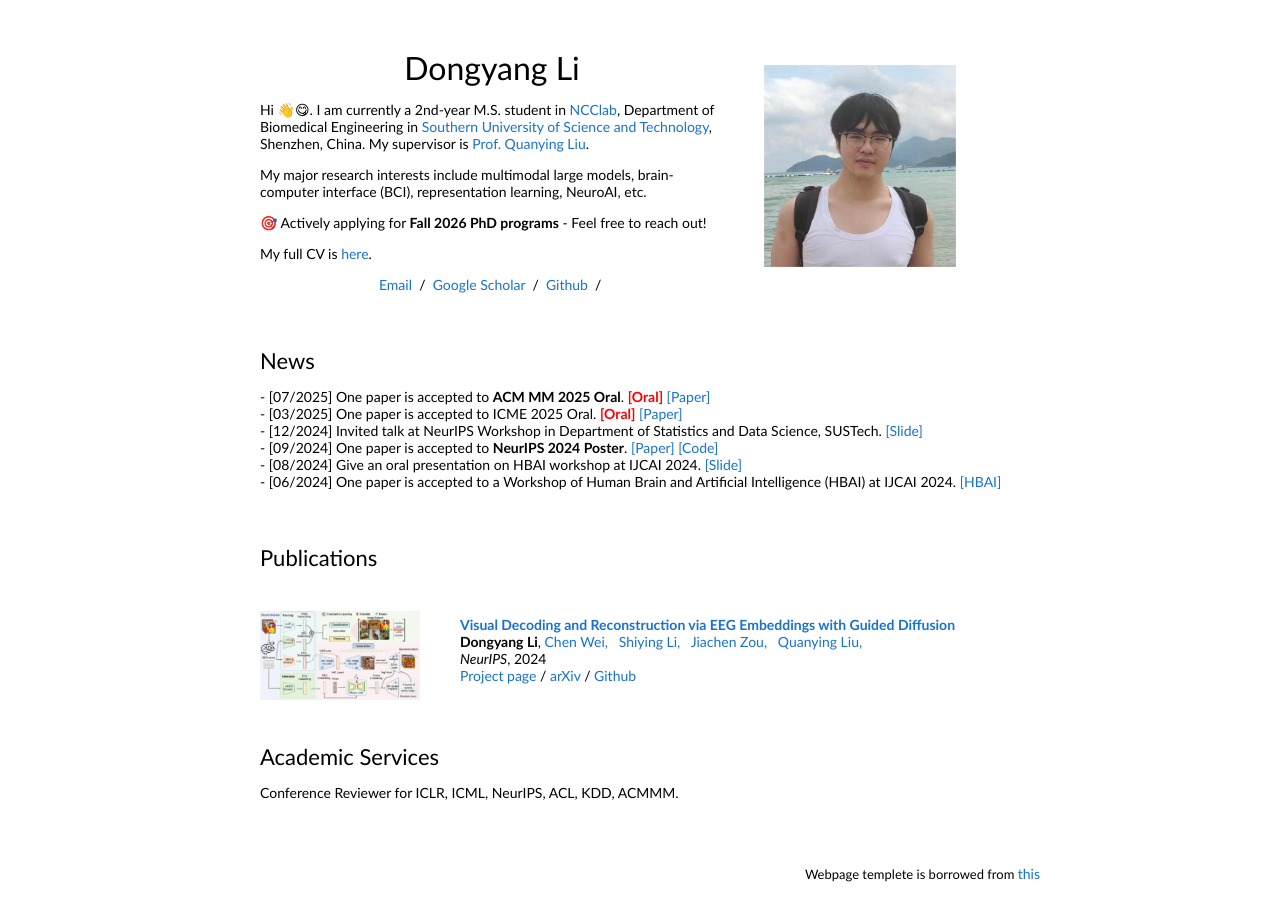
Repository: dongyangli-del/dongyangli-del.github.io
Page: index.html
The author's editor kept a copy of each file at every save. The page is drawn from the files as they stood at one save, then again after a run of saves.
The browser window is 1280 px wide. The pictures show the whole page.

Above is the page before, as saved 2025-07-12 20:16:36.

### index.html
<!DOCTYPE HTML>
<html lang="en">
  <head>

    <meta http-equiv="Content-Type" content="text/html; charset=UTF-8">

    <title>Dongyang Li</title>

    <meta name="author" content="Dongyang Li">
    <meta name="viewport" content="width=device-width, initial-scale=1">

    <link rel="stylesheet" type="text/css" href="stylesheet.css">
    <link rel="icon" href="data:[embedded picture, 141 characters]">
  </head>

  <body>
    <!-- <div class="content">
      <table style="width:100%;border:0px;border-spacing:0px;border-collapse:separate;margin-right:auto;margin-left:auto;"><tbody>
        <tr style="padding:0px">
          <td style="padding:2.5%;width:63%;vertical-align:middle">
            <p class="name" style="text-align: center;">
              Dongyang Li
            </p>

            </p>
            <p>

            </p>
            <p style="text-align:center">
            </p>
          </td>
          <td style="padding:2.5%;width:40%;max-width:40%">
            <a href="myassets/profile.jpg"><img style="width:100%;max-width:100%" alt="profile photo" src="myassets/profile.jpg" class="hoverZoomLink"></a>
          </td>
        </tr>
      </tbody></table>
    </div> -->
    <table style="width:100%;max-width:800px;border:0px;border-spacing:0px;border-collapse:separate;margin-right:auto;margin-left:auto;"><tbody>
      <tr style="padding:0px">
        <td style="padding:0px">
          <table style="width:100%;border:0px;border-spacing:0px;border-collapse:separate;margin-right:auto;margin-left:auto;"><tbody>
            <tr style="padding:0px">
              <td style="padding:2.5%;width:63%;vertical-align:middle">
                <p class="name" style="text-align: center;">
                  Dongyang Li
                </p>
                <p>
                  Hi 👋😋.
                  I am currently a 2nd-year M.S. student in <a href="https://www.sustech.edu.cn/zh/faculties/liuquanying.html">NCClab</a>, Department of Biomedical Engineering in <a href="https://www.sustech.edu.cn/">Southern University of Science and Technology</a>, Shenzhen, China.
                  My supervisor is <a href="https://faculty.sustech.edu.cn/?tagid=liuqy&iscss=1&snapid=1&orderby=date&go=1">Prof. Quanying Liu</a>.
                </p>
                <p>
                  My major research interests include multimodal large models, brain-computer interface (BCI), representation learning, NeuroAI, etc.
                </p>
                <p>🎯 Actively applying for <strong>Fall 2026 PhD programs</strong> - Feel free to reach out!</p>
                <p>
                  My full CV is <a href="https://dongyangli-del.github.io/files/Dongyang_Li_CV.pdf">here</a>.
                </p>
                <p style="text-align:center">
                  <a href="lidy2023@mail.sustech.edu.cn">Email</a> &nbsp;/&nbsp;
                  <a href="https://scholar.google.com/citations?user=4VTOeU4AAAAJ&hl=zh-CN&oi=ao">Google Scholar</a> &nbsp;/&nbsp;
                  <a href="https://github.com/dongyangli-del">Github</a> &nbsp;/&nbsp;
                  <!-- <a href="https://www.linkedin.com/in/yingqing-he-6b2859168/">LinkedIn</a> -->
                </p>
              </td>
              <td style="padding:2.5%;width:40%;max-width:40%">
                <a href="myassets/profile.jpg"><img style="width:75%;max-width:100%" alt="profile photo" src="myassets/profile.jpg" class="hoverZoomLink"></a>
              </td>
            </tr>
          </tbody></table>

          <table style="width:100%;border:0px;border-spacing:0px;border-collapse:separate;margin-right:auto;margin-left:auto;"><tbody>
            <tr>
            <td style="padding:20px;width:100%;vertical-align:middle">
              <h2>News</h2>
              <p>
                - [07/2025] One paper is accepted to <strong>ACM MM 2025 Oral</strong>. <span style="color: red; font-weight: bold;">[Oral]</span> <a href="https://arxiv.org/pdf/2410.23754">[Paper]</a><br>

                - [03/2025] One paper is accepted to ICME 2025 Oral. <span style="color: red; font-weight: bold;">[Oral]</span> <a href="https://arxiv.org/pdf/2410.23754">[Paper]</a><br>

                - [12/2024] Invited talk at NeurIPS Workshop in Department of Statistics and Data Science, SUSTech. <a href="https://dongyangli-del.github.io/files/DongyangLi-20241201.pdf">[Slide]</a><br>

                - [09/2024] One paper is accepted to <strong>NeurIPS 2024 Poster</strong>. <a href="https://arxiv.org/abs/2403.07721">[Paper]</a> <a href="https://github.com/dongyangli-del/EEG_Image_decode">[Code]</a> <br>

                - [08/2024] Give an oral presentation on HBAI workshop at IJCAI 2024. <a href="https://dongyangli-del.github.io/files/HBAI_2024_DongyangLi.pdf">[Slide]</a><br>

                - [06/2024] One paper is accepted to a Workshop of Human Brain and Artificial Intelligence (HBAI) at IJCAI 2024. <a href="https://hbai2024.github.io/">[HBAI]</a><br>

                <!-- - [10/2024] <font style="color: #d07c22">Invited talk</font> at <a href="https://venue-tutorial.github.io/">ECCV 2024 VENUE (Recent Advances in Video Content Understanding and Generation) Tutorial</a>
                 on the topic of <i>"LLMs Meet image and video generation"</i>.
                 The slides are available at our <a href="https://github.com/YingqingHe/Awesome-LLMs-meet-Multimodal-Generation/blob/main/ECCV2024-VENUE-Tutorial-Slides-LLM-Meet-Image-and-Video-Generation.pdf">Github repo</a>.<br>
                - [08/2024] <font style="color: #d07c22">Invited talk</font> at <a href="https://hunyuan.tencent.com/">Tencent Hunyuan</a>
                 on the topic of <i>"LLMs Meet Multimodal Generation and Editing"</i><br>
                - [08/2024] 1 paper was accepted to <font style="color: #D8429E">ECCV 2024 AI4VA Workshop</font>.<br>
                - [07/2024] 1 paper was accepted to <font style="color: #D8429E">SIGGRAPH Asia 2024</font>.<br>
                - [07/2024] 1 paper was accepted to <font style="color: #D8429E">ECCV 2024</font>.<br>
                - [05/2024] We released a survey paper: <a href="https://arxiv.org/abs/2405.19334">LLMs Meet Multimodal Generation and Editing: A Survey</a>.<br>
                - [03/2024] <font style="color: #d07c22">Invited talk</font> at <a href="https://www.meituan.com/">Meituan</a> on the topic of <i>"Recent Advance of Text-to-Video Generation"</i>.<br>
                - [03/2024] 1 paper was accepted to <font style="color: #D8429E">CVPR 2024</font>.<br>
                - [02/2024] 1 paper was accepted to <font style="color: #D8429E">TVCG 2024</font>.<br>
                - [01/2024] 2 papers were accepted to <font style="color: #D8429E">ICLR 2024</font> (including 1 Spotlight paper).<br>
                - [12/2023] 1 paper was accepted to <font style="color: #D8429E">AAAI 2024</font>.<br>
                - [11/2023] Released <a href="https://arxiv.org/abs/2310.19512">VideoCrafter 1</a>.<br>
                - [08/2023] 1 paper was accepted to <font style="color: #D8429E">SIGGRAPH Asia 2023</font>.<br>
                - [06/2023] <font style="color: #d07c22">Invited talk</font> at <a href="https://sites.google.com/view/loveucvpr23/home">CVPR 2023 LOVEU Workshop</a> on the topic of <i>"Crafting Your Videos: From Unconditional to <br>
                  &nbsp; &nbsp; &nbsp;&nbsp; &nbsp; &nbsp;&nbsp; &nbsp; &nbsp;&nbsp; &nbsp; &nbsp;&nbsp; &nbsp; &nbsp;&nbsp;&nbsp;
                  Controllable Video Diffusion Models"</i>.<br>
                - [04/2023] Released <a href="https://github.com/AILab-CVC/VideoCrafter">VideoCrafter 0.9</a>.<br>
                - [08/2021] 1 paper was accepted to <font style="color: #D8429E">ACM MM 2021</font> as an <font style="color: #D8429E">Oral</font> paper.<br>  -->
              </p>
            </td>
            </tr>
          </tbody></table>
          <table style="width:100%;border:0px;border-spacing:0px;border-collapse:separate;margin-right:auto;margin-left:auto;"><tbody>

    <table style="width:100%;border:0px;border-spacing:0px;border-collapse:separate;margin-right:auto;margin-left:auto;">
      <tbody>
      <tr>
        <td style="padding:20px;width:100%;vertical-align:middle">
          <h2>Publications</h2>
          <!-- <p>
            I'm interested in computer vision, generative models, image/video generation and editing.
          </p> -->
        </td>
      </tr>
      </tbody>
    </table>
    <table style="width:100%;border:0px;border-spacing:0px;border-collapse:separate;margin-right:auto;margin-left:auto;"><tbody>


      <!-- EEG_Image_Decode -->
      <tr>
        <td style="padding:20px;width:25%;vertical-align:middle">
          <img src='myassets/EEG_Image_decode.png' width="100%">
        </td>
        <td style="padding:20px;width:75%;vertical-align:middle">
          <a href="https://github.com/dongyangli-del/EEG_Image_decode/">
            <span class="papertitle">Visual Decoding and Reconstruction via EEG Embeddings with Guided Diffusion</span>
          </a>
          <br>
          <strong>Dongyang Li</strong>,
          <font style="color: #1772d0;">Chen Wei, </font> &nbsp;
          <font style="color: #1772d0;">Shiying Li, </font> &nbsp;
          <font style="color: #1772d0;">Jiachen Zou, </font> &nbsp;
          <font style="color: #1772d0;">Quanying Liu, </font> &nbsp;
          <br>
          <em>NeurIPS</em>, 2024
          <br>
          <a href="https://dongyangli-del.github.io/EEG_Image_Decode/">Project page</a> /
          <a href="https://arxiv.org/pdf/2403.07721">arXiv</a> /
          <a href="https://github.com/dongyangli-del/EEG_Image_decode">Github</a>
          <p></p>
          <p>
          </p>
        </td>
      </tr>



    <table style="width:100%;border:0px;border-spacing:0px;border-collapse:separate;margin-right:auto;margin-left:auto;"><tbody>
      <tr>
      <td style="padding:20px;width:100%;vertical-align:middle">
        <h2>Academic Services</h2>
        <p>
          Conference Reviewer for ICLR, ICML, NeurIPS, ACL, KDD, ACMMM.<br>
          <!-- Journal Reviewer for TPAMI, IJCV, ACM Computing Surveys. -->
        </p>
      </td>
    </tr>
    </tbody></table>
    <table style="width:100%;border:0px;border-spacing:0px;border-collapse:separate;margin-right:auto;margin-left:auto;"><tbody>

    <!-- </tbody></table>
          <table width="100%" align="center" border="0" cellspacing="0" cellpadding="20"><tbody>
            <tr>
              <td>
                <h2>Miscellanea</h2>
              </td>
            </tr>
          </tbody></table>
          <table width="100%" align="center" border="0" cellpadding="20"><tbody>

            <tr>
              <td style="padding:20px;width:25%;vertical-align:middle"><img src="images/cvf.jpg"></td>
              <td width="75%" valign="center">
                <a href="https://cvpr2023.thecvf.com/Conferences/2023/Organizers">Demo Chair, CVPR 2023</a>
          <br>
                <a href="https://cvpr2022.thecvf.com/area-chairs">Area Chair, CVPR 2022</a>
                <br>
                <a href="http://cvpr2021.thecvf.com/area-chairs">Area Chair & Longuet-Higgins Award Committee Member, CVPR 2021</a>
                <br>
                <a href="http://cvpr2019.thecvf.com/area_chairs">Area Chair, CVPR 2019</a>
                <br>
                <a href="http://cvpr2018.thecvf.com/organizers/area_chairs">Area Chair, CVPR 2018</a>
              </td>
            </tr>
            <tr>
              <td style="padding:20px;width:25%;vertical-align:middle">
                <img src="images/cs188.jpg" alt="cs188">
              </td>
              <td width="75%" valign="center">
                <a href="http://inst.eecs.berkeley.edu/~cs188/sp11/announcements.html">Graduate Student Instructor, CS188 Spring 2011</a>
                <br>
                <a href="http://inst.eecs.berkeley.edu/~cs188/fa10/announcements.html">Graduate Student Instructor, CS188 Fall 2010</a>
                <br>
                <a href="http://aima.cs.berkeley.edu/">Figures, "Artificial Intelligence: A Modern Approach", 3rd Edition</a>
              </td>
            </tr>


            <tr>
              <td align="center" style="padding:20px;width:25%;vertical-align:middle">
                <h2>Basically <br> Blog Posts</h2>
              </td>
              <td width="75%" valign="middle">
                <a href="https://arxiv.org/abs/2112.11687">Squareplus: A Softplus-Like Algebraic Rectifier</a>
                <br>
                <a href="https://arxiv.org/abs/2010.09714">A Convenient Generalization of Schlick's Bias and Gain Functions</a>
                <br>
                <a href="https://arxiv.org/abs/1704.07483">Continuously Differentiable Exponential Linear Units</a>
                <br>
                <a href="https://jonbarron.info/data/cvpr2023_llm_workshop_annotated.pdf">Scholars & Big Models: How Can Academics Adapt?</a>
              </td>
            </tr>
          </tbody></table> -->


          <table style="width:100%;border:0px;border-spacing:0px;border-collapse:separate;margin-right:auto;margin-left:auto;"><tbody>
            <tr>
              <td style="padding:0px">
                <br>
                <p style="text-align:right;font-size:small;">
                  <!-- Feel free to steal this website's <a href="https://github.com/jonbarron/jonbarron_website">source code</a>. <strong>Do not</strong> scrape the HTML from this page itself, as it includes analytics tags that you do not want on your own website &mdash; use the github code instead. Also, consider using <a href="https://leonidk.com/">Leonid Keselman</a>'s <a href="https://github.com/leonidk/new_website">Jekyll fork</a> of this page. -->
                  Webpage templete is borrowed from <a href="https://github.com/jonbarron/jonbarron_website">this</a>
                </p>
              </td>
            </tr>
          </tbody></table>
        </td>
      </tr>
    </table>
  </body>
</html>

### stylesheet.css
/* latin-ext */
.content {
  width: 1000px;
  padding: 25px 50px;
  margin: 25px auto;
  background-color: white;
  box-shadow: 0px 0px 10px #999;
  border-radius: 15px;
  font-family: "Google Sans";
}

@font-face {
  font-family: 'Lato';
  font-style: italic;
  font-weight: 400;
  src: local('Lato Italic'), local('Lato-Italic'), url(https://fonts.gstatic.com/s/lato/v15/S6u8w4BMUTPHjxsAUi-qNiXg7eU0.woff2) format('woff2');
  unicode-range: U+0100-024F, U+0259, U+1E00-1EFF, U+2020, U+20A0-20AB, U+20AD-20CF, U+2113, U+2C60-2C7F, U+A720-A7FF;
}
/* latin */
@font-face {
  font-family: 'Lato';
  font-style: italic;
  font-weight: 400;
  src: local('Lato Italic'), local('Lato-Italic'), url(https://fonts.gstatic.com/s/lato/v15/S6u8w4BMUTPHjxsAXC-qNiXg7Q.woff2) format('woff2');
  unicode-range: U+0000-00FF, U+0131, U+0152-0153, U+02BB-02BC, U+02C6, U+02DA, U+02DC, U+2000-206F, U+2074, U+20AC, U+2122, U+2191, U+2193, U+2212, U+2215, U+FEFF, U+FFFD;
}
/* latin-ext */
@font-face {
  font-family: 'Lato';
  font-style: italic;
  font-weight: 700;
  src: local('Lato Bold Italic'), local('Lato-BoldItalic'), url(https://fonts.gstatic.com/s/lato/v15/S6u_w4BMUTPHjxsI5wq_FQftx9897sxZ.woff2) format('woff2');
  unicode-range: U+0100-024F, U+0259, U+1E00-1EFF, U+2020, U+20A0-20AB, U+20AD-20CF, U+2113, U+2C60-2C7F, U+A720-A7FF;
}
/* latin */
@font-face {
  font-family: 'Lato';
  font-style: italic;
  font-weight: 700;
  src: local('Lato Bold Italic'), local('Lato-BoldItalic'), url(https://fonts.gstatic.com/s/lato/v15/S6u_w4BMUTPHjxsI5wq_Gwftx9897g.woff2) format('woff2');
  unicode-range: U+0000-00FF, U+0131, U+0152-0153, U+02BB-02BC, U+02C6, U+02DA, U+02DC, U+2000-206F, U+2074, U+20AC, U+2122, U+2191, U+2193, U+2212, U+2215, U+FEFF, U+FFFD;
}
/* latin-ext */
@font-face {
  font-family: 'Lato';
  font-style: normal;
  font-weight: 400;
  src: local('Lato Regular'), local('Lato-Regular'), url(https://fonts.gstatic.com/s/lato/v15/S6uyw4BMUTPHjxAwXiWtFCfQ7A.woff2) format('woff2');
  unicode-range: U+0100-024F, U+0259, U+1E00-1EFF, U+2020, U+20A0-20AB, U+20AD-20CF, U+2113, U+2C60-2C7F, U+A720-A7FF;
}
/* latin */
@font-face {
  font-family: 'Lato';
  font-style: normal;
  font-weight: 400;
  src: local('Lato Regular'), local('Lato-Regular'), url(https://fonts.gstatic.com/s/lato/v15/S6uyw4BMUTPHjx4wXiWtFCc.woff2) format('woff2');
  unicode-range: U+0000-00FF, U+0131, U+0152-0153, U+02BB-02BC, U+02C6, U+02DA, U+02DC, U+2000-206F, U+2074, U+20AC, U+2122, U+2191, U+2193, U+2212, U+2215, U+FEFF, U+FFFD;
}
/* latin-ext */
@font-face {
  font-family: 'Lato';
  font-style: normal;
  font-weight: 700;
  src: local('Lato Bold'), local('Lato-Bold'), url(https://fonts.gstatic.com/s/lato/v15/S6u9w4BMUTPHh6UVSwaPGQ3q5d0N7w.woff2) format('woff2');
  unicode-range: U+0100-024F, U+0259, U+1E00-1EFF, U+2020, U+20A0-20AB, U+20AD-20CF, U+2113, U+2C60-2C7F, U+A720-A7FF;
}
/* latin */
@font-face {
  font-family: 'Lato';
  font-style: normal;
  font-weight: 700;
  src: local('Lato Bold'), local('Lato-Bold'), url(https://fonts.gstatic.com/s/lato/v15/S6u9w4BMUTPHh6UVSwiPGQ3q5d0.woff2) format('woff2');
  unicode-range: U+0000-00FF, U+0131, U+0152-0153, U+02BB-02BC, U+02C6, U+02DA, U+02DC, U+2000-206F, U+2074, U+20AC, U+2122, U+2191, U+2193, U+2212, U+2215, U+FEFF, U+FFFD;
}

a {
  color: #1772d0;
  text-decoration: none;
}
/* a {
  color: #761478b2;
  text-decoration: none;
} */
a:focus,
a:hover {
  color: #f09228;
  text-decoration: none;
}

body,
td,
th,
tr,
/* tr {
  border-bottom: 1px solid rgb(183, 168, 192);
} */
p,
a {
  font-family: 'Lato', Verdana, Helvetica, sans-serif;
  font-size: 14px;
}

strong {
  font-family: 'Lato', Verdana, Helvetica, sans-serif;
  font-size: 14px;
}

h2 {
  margin: 0;
  font-weight: normal;
  font-family: 'Lato', Verdana, Helvetica, sans-serif;
  font-size: 22px;
}

.papertitle {
  font-family: 'Lato', Verdana, Helvetica, sans-serif;
  font-size: 14px;
  font-weight: 700;
}

.name {
  padding-top: 20px;
  margin: 0;
  font-family: 'Lato', Verdana, Helvetica, sans-serif;
  font-size: 32px;
}

.one {
  width: 200px;
  height: 200px;
  position: relative;

}

.two {
  width: 200px;
  height: 200px;
  position: absolute;
  transition: opacity .2s ease-in-out;
  -moz-transition: opacity .2s ease-in-out;
  -webkit-transition: opacity .2s ease-in-out;
}

.fade {
  transition: opacity .2s ease-in-out;
  -moz-transition: opacity .2s ease-in-out;
  -webkit-transition: opacity .2s ease-in-out;
}

span.highlight {
  background-color: #ffffd0;
}

After the next 2 saves:
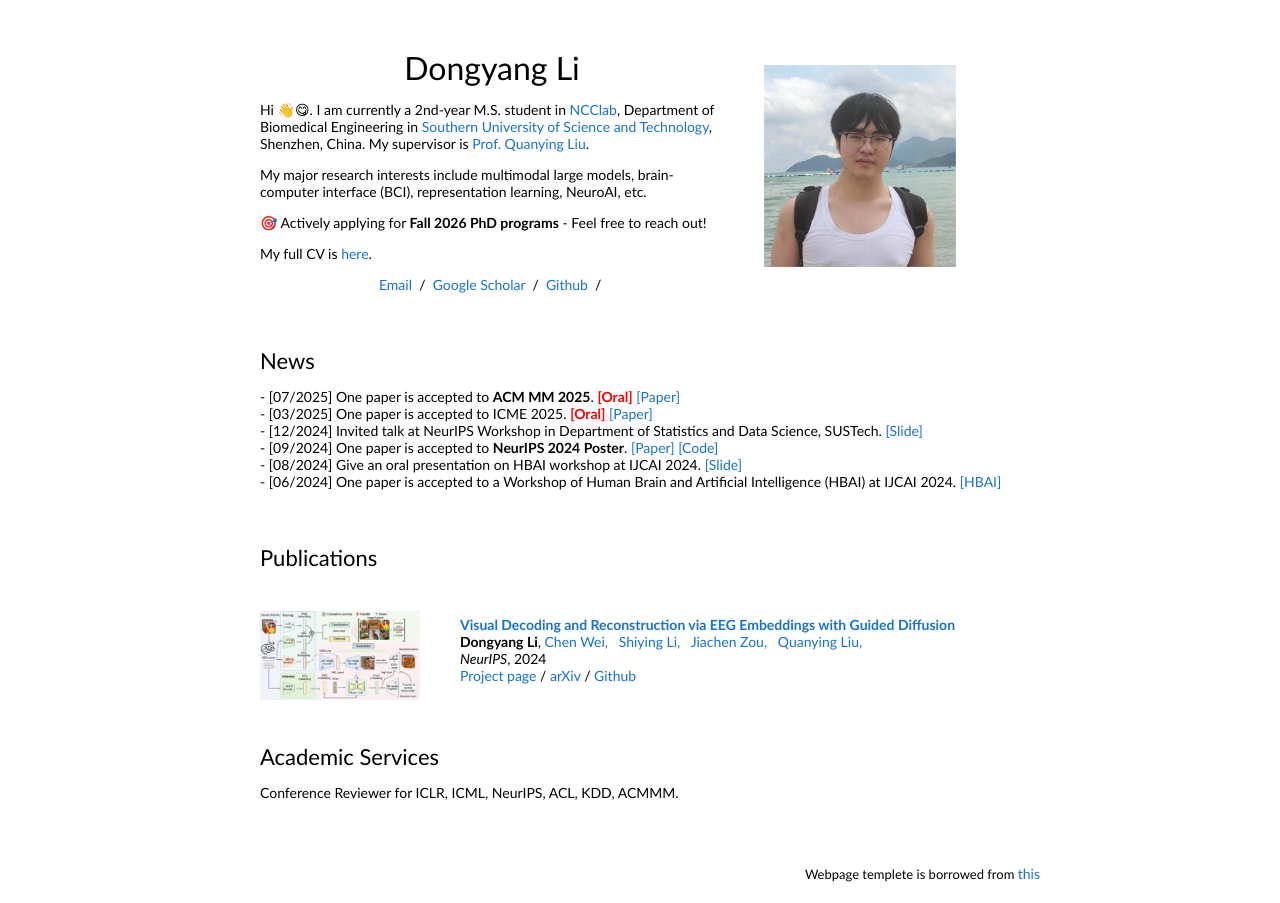
The 2 saves are shown as one change because they came seconds apart.
The last was saved 6 min 55 s later.
--- a/index.html
+++ b/index.html
@@ -74,9 +74,9 @@
             <td style="padding:20px;width:100%;vertical-align:middle">
               <h2>News</h2>
               <p>
-                - [07/2025] One paper is accepted to <strong>ACM MM 2025 Oral</strong>. <span style="color: red; font-weight: bold;">[Oral]</span> <a href="https://arxiv.org/pdf/2410.23754">[Paper]</a><br>
-
-                - [03/2025] One paper is accepted to ICME 2025 Oral. <span style="color: red; font-weight: bold;">[Oral]</span> <a href="https://arxiv.org/pdf/2410.23754">[Paper]</a><br>
+                - [07/2025] One paper is accepted to <strong>ACM MM 2025</strong>. <span style="color: red; font-weight: bold;">[Oral]</span> <a href="https://arxiv.org/pdf/2410.23754">[Paper]</a><br>
+
+                - [03/2025] One paper is accepted to ICME 2025. <span style="color: red; font-weight: bold;">[Oral]</span> <a href="https://arxiv.org/pdf/2410.23754">[Paper]</a><br>
 
                 - [12/2024] Invited talk at NeurIPS Workshop in Department of Statistics and Data Science, SUSTech. <a href="https://dongyangli-del.github.io/files/DongyangLi-20241201.pdf">[Slide]</a><br>
 
